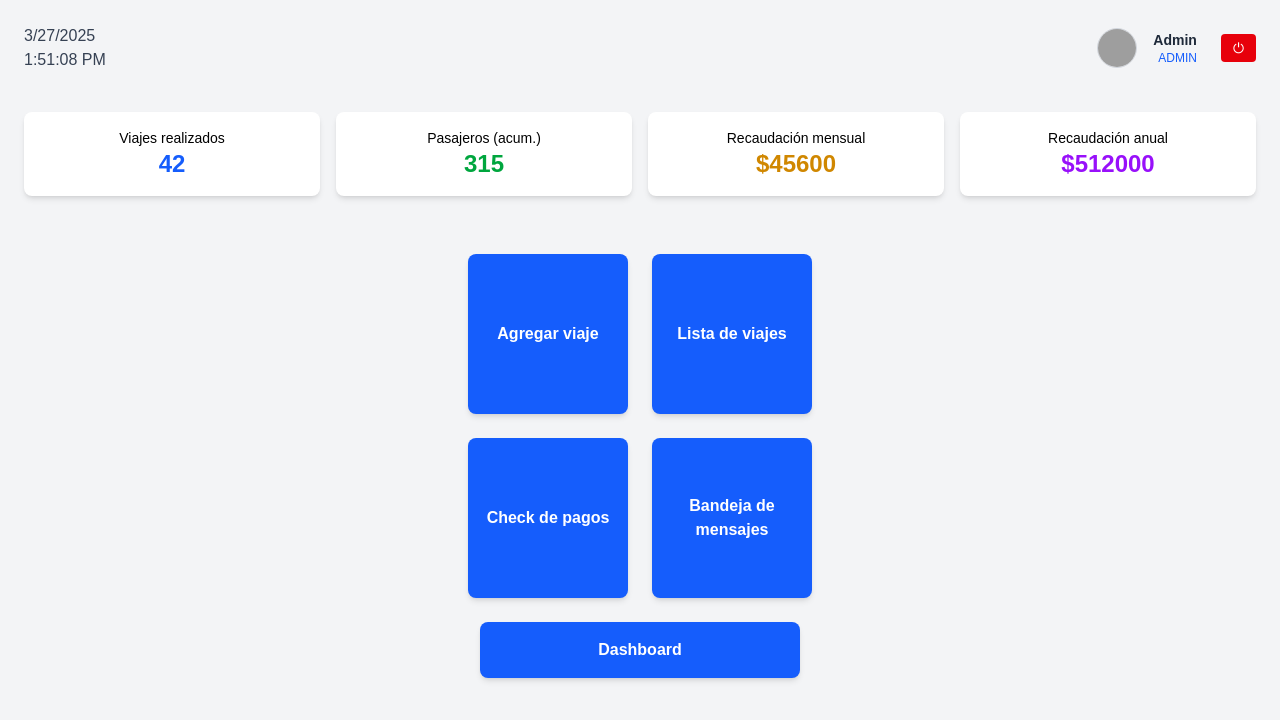
Repository: francoluca35/appcolectivos
Page: /homeadmin
These files come from the project's save history. The page is drawn as it stood at one moment and after the next save; the edit follows.
The browser window is 1280 px wide. The pictures show the whole page.
Pictures or frames that could not be fetched are drawn as grey boxes. The project was rebuilt for these pictures with package versions that can differ from the ones it lists, and the page was loaded fresh each time. The framework's server and built-in components were replaced by stand-ins that run in the browser. Also part of the build but not shown: next.config.mjs.

Above is the page before, as saved 2025-03-27 23:13:14.

After the next save:
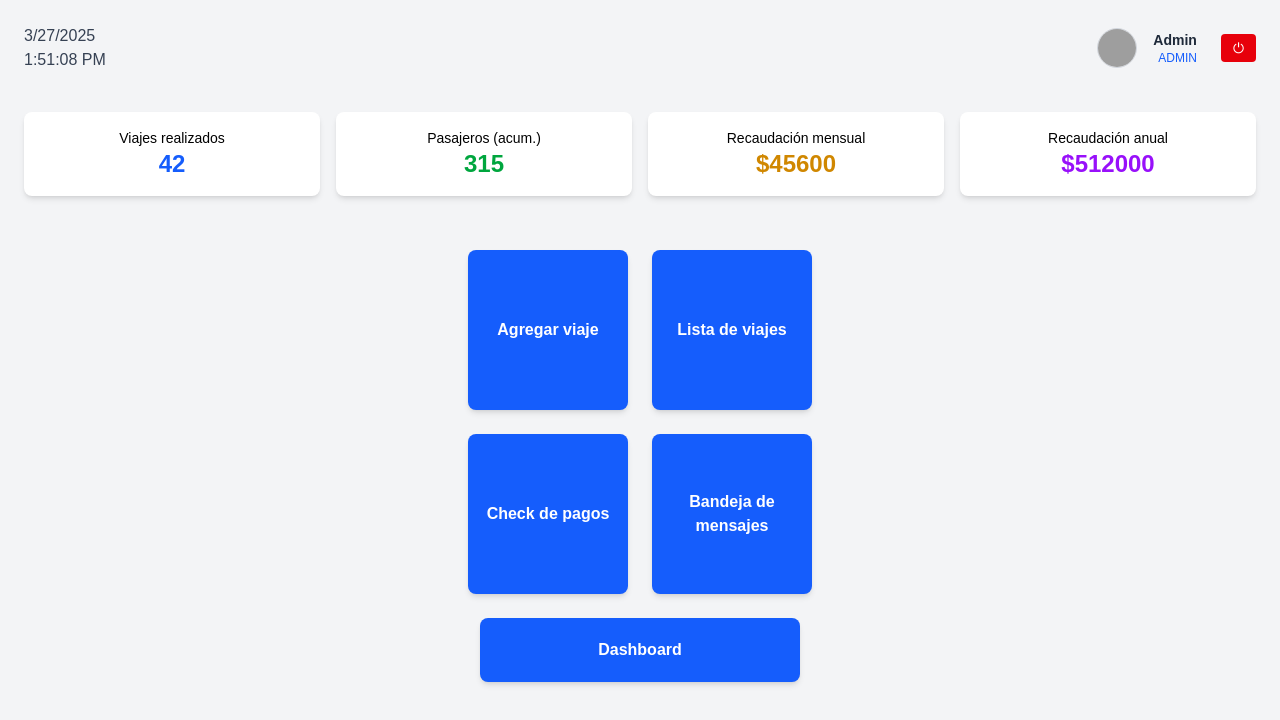
Saved 4 s later.
--- a/src/app/homeadmin/page.js
+++ b/src/app/homeadmin/page.js
@@ -86,7 +86,7 @@ export default function HomeAdmin() {
         {/* Botón Dashboard */}
         <button
           onClick={() => router.push("/dashboard")}
-          className="w-80 h-14 bg-blue-600 text-white font-semibold rounded-lg shadow-md hover:bg-blue-700 transition"
+          className="w-80 h-16 bg-blue-600 text-white font-semibold rounded-lg shadow-md hover:bg-blue-700 transition"
         >
           Dashboard
         </button>
